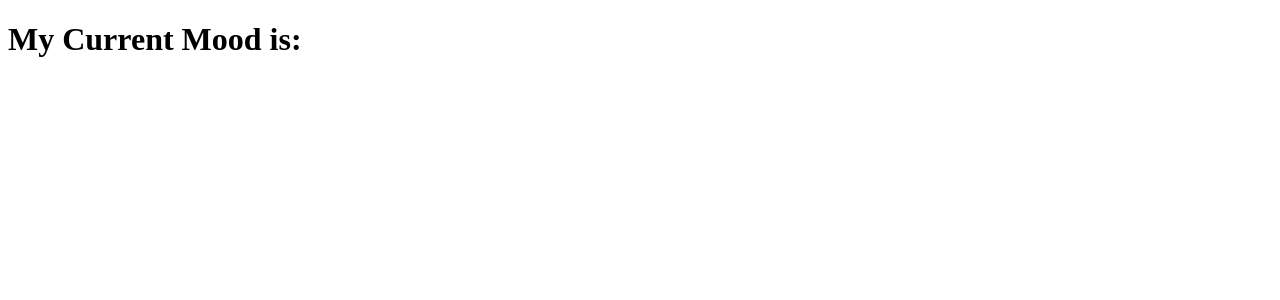
Repository: Zichi90123/ReactTraining
Page: 02_Initial/FirstApp/index.html
An editor plug-in stored every save of this project. The page is shown before and after the next save, followed by the edit.
The browser window is 1280 px wide. The pictures show the whole page.

Above is the page before, as saved 2019-12-11 18:53:28.

After the next save:
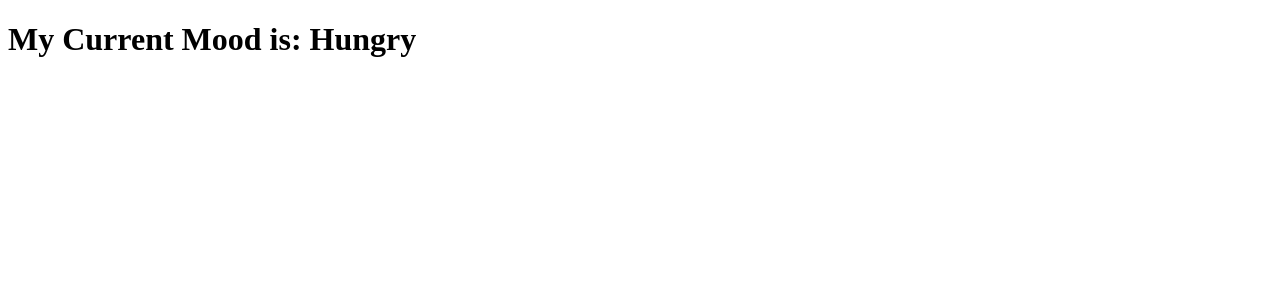
Saved 28 s later.
--- a/02_Initial/FirstApp/index.js
+++ b/02_Initial/FirstApp/index.js
@@ -7,7 +7,7 @@
   render() {
     return (
       <div>
-        <h1>My Current Mood is: {getMood}</h1>
+        <h1>My Current Mood is: {getMood()}</h1>
       </div>
     )
   }
